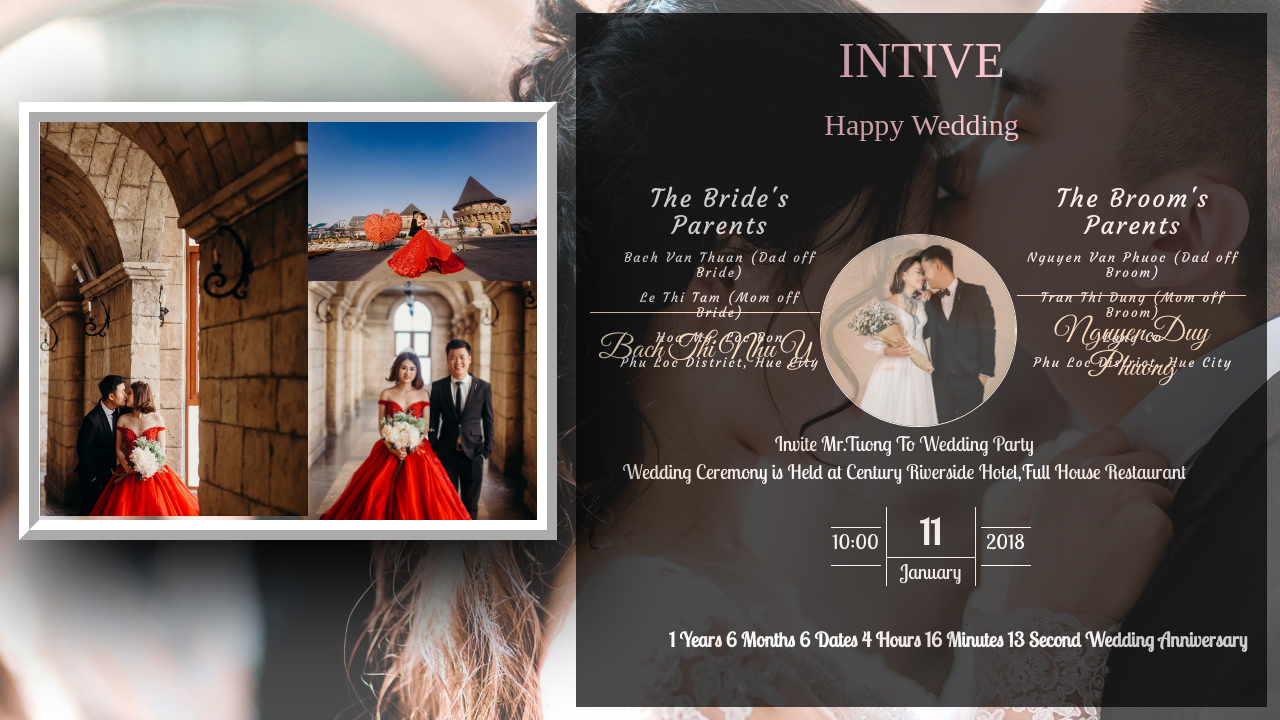
Repository: nguyenhuutuong999/WeddingOfSister
Page: index.html
An editor plug-in stored every save of this project. The page is shown before and after a run of saves, followed by the edit.
The browser window is 1280 px wide. The pictures show the whole page.
Some web fonts or font styles are not loaded; a fallback is used.

Above is the page before, as saved 2019-09-17 21:39:04.

After the next 2 saves:
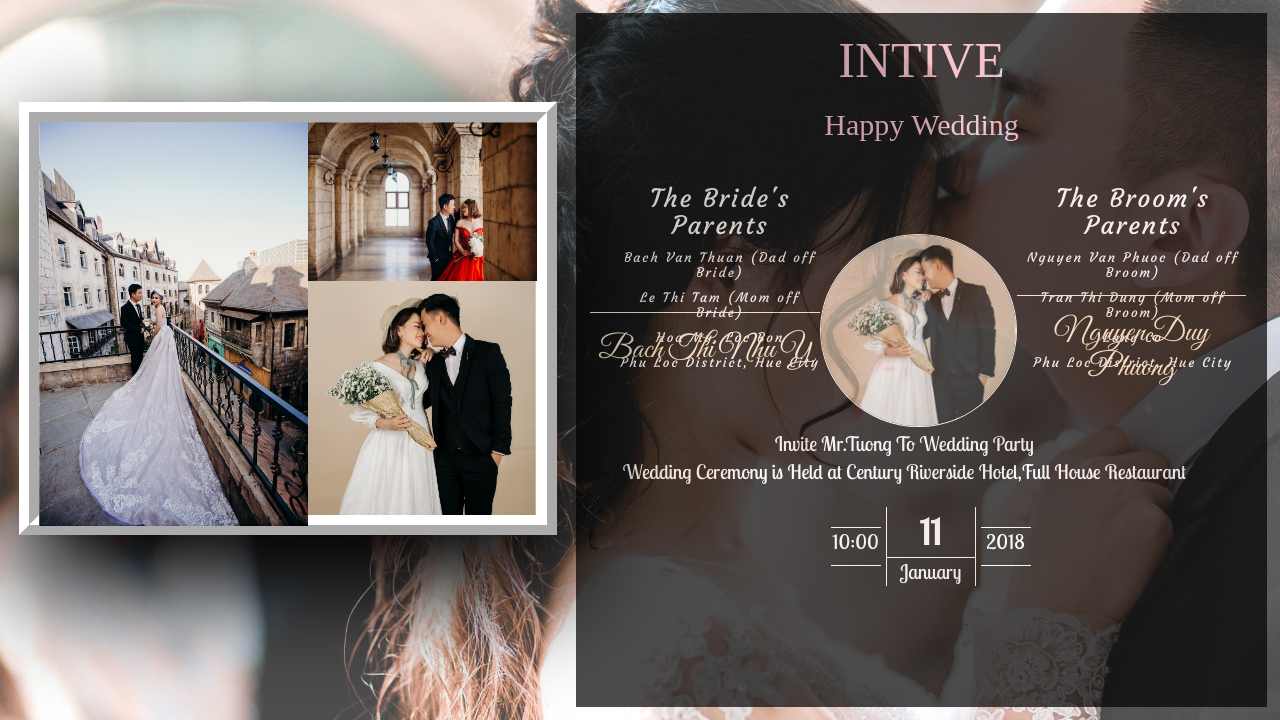
Console error: SyntaxError: Invalid left-hand side in assignment
The 2 saves are shown as one change because they came seconds apart.
The last was saved 12 s later.
--- a/index.html
+++ b/index.html
@@ -196,6 +196,29 @@
             }
         }
 
+        if (today.getFullYear() - dateAnniver.year = 0) {
+            if (today.getMonth() + 1 - dateAnniver.month >= 0) {
+                if (today.getDate() - dateAnniver.date >= 0) {
+                    var date = (today.getFullYear() - dateAnniver.year) + " Years " + (today.getMonth() + 1 - dateAnniver.month) + " Months " + (today.getDate() - dateAnniver.date) + " Dates " + (dateAnniver.hour - today.getHours()) + " Hours " + (today.getMinutes() - dateAnniver.minutes) + " Minutes " + (today.getSeconds() - dateAnniver.second + " Second Wedding Anniversary");
+
+                } else {
+                    var date = ((today.getFullYear() - dateAnniver.year)) + " Years " + (today.getMonth() - dateAnniver.month) + " Months " + (30 + today.getDate() - dateAnniver.date) + " Dates " + (dateAnniver.hour - today.getHours()) + " Hours " + (today.getMinutes() - dateAnniver.minutes) + " Minutes " + (today.getSeconds() - dateAnniver.second + " Second Wedding Anniversary");
+                }
+            }
+
+            else if (today.getMonth() + 1 - dateAnniver.month < 0) {
+                if (today.getDate() - dateAnniver.date < 0) {
+
+                    var date = ((today.getFullYear() - dateAnniver.year) - 1) + " Years " + (12 + (today.getMonth() - dateAnniver.month)) + " Months " + (30 + today.getDate() - dateAnniver.date) + " Dates " + (dateAnniver.hour - today.getHours()) + " Hours " + (today.getMinutes() - dateAnniver.minutes) + " Minutes " + (today.getSeconds() - dateAnniver.second + " Second Wedding Anniversary");
+
+                }
+                else {
+                    var date = ((today.getFullYear() - dateAnniver.year) - 1) + " Years " + (12 + (today.getMonth() - dateAnniver.month + 1)) + " Months " + (today.getDate() - dateAnniver.date) + " Dates " + (dateAnniver.hour - today.getHours()) + " Hours " + (today.getMinutes() - dateAnniver.minutes) + " Minutes " + (today.getSeconds() - dateAnniver.second + " Second Wedding Anniversary");
+                    console.log("a")
+                }
+            }
+        }
+
         document.getElementById("countDown").innerHTML = date;
     }, 1000);
 

After the save that followed:
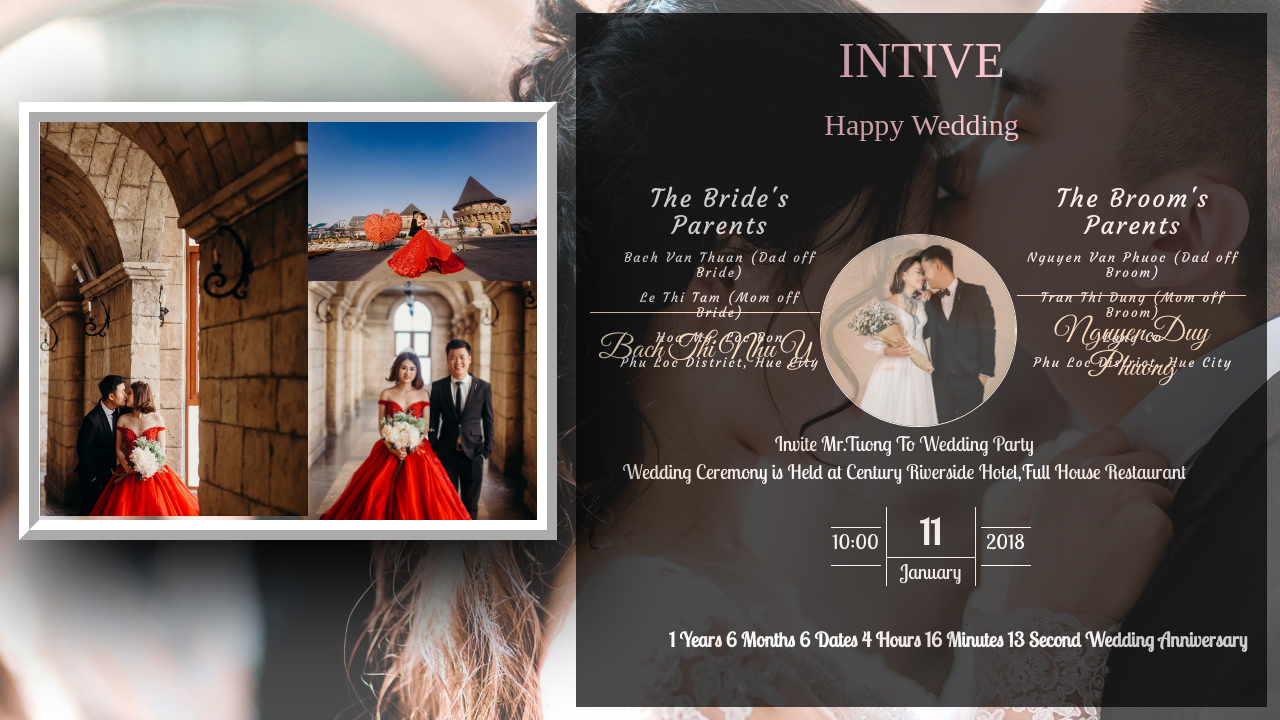
The error is gone.
Saved 3 min 31 s later.
--- a/index.html
+++ b/index.html
@@ -196,7 +196,7 @@
             }
         }
 
-        if (today.getFullYear() - dateAnniver.year = 0) {
+        if (today.getFullYear() - dateAnniver.year == 0) {
             if (today.getMonth() + 1 - dateAnniver.month >= 0) {
                 if (today.getDate() - dateAnniver.date >= 0) {
                     var date = (today.getFullYear() - dateAnniver.year) + " Years " + (today.getMonth() + 1 - dateAnniver.month) + " Months " + (today.getDate() - dateAnniver.date) + " Dates " + (dateAnniver.hour - today.getHours()) + " Hours " + (today.getMinutes() - dateAnniver.minutes) + " Minutes " + (today.getSeconds() - dateAnniver.second + " Second Wedding Anniversary");
